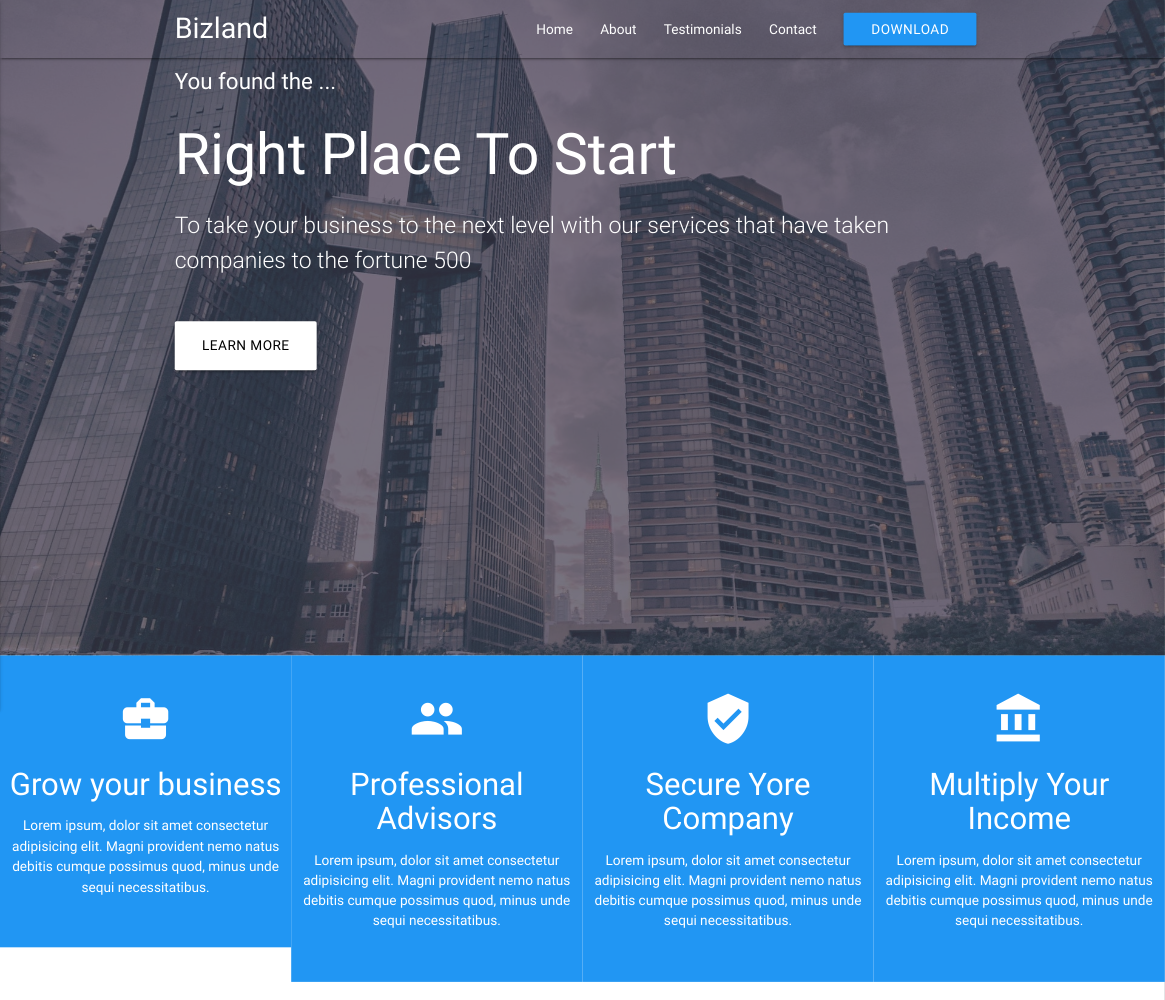
Repository: farrdy/bizland
Page: index.html
These files come from the project's save history. The page is drawn as it stood at one moment and after the next save; the edit follows.
The browser window is 1280 px wide. The pictures show the whole page, at 91% of full size.
Some web libraries are served in a nearby version.

Above is the page before, as saved 2020-01-04 18:48:42.

### index.html
<!DOCTYPE html>
<html>
  <head>
    <!--Import Google Icon Font-->
    <link
      href="https://fonts.googleapis.com/icon?family=Material+Icons"
      rel="stylesheet"
    />
    <!--Import materialize.css-->
    <link
      type="text/css"
      rel="stylesheet"
      href="css/materialize.min.css"
      media="screen,projection"
    />
    <link type="text/css" rel="stylesheet" href="css/main.css" />
    <!--Let browser know website is optimized for mobile-->
    <meta name="viewport" content="width=device-width, initial-scale=1.0" />
    <title>Bizland Theme</title>
  </head>

  <body>
    <header class="main-header">
      <div class="primary-overlay">
        <div class="navbar-fixed">
          <nav class="transparent">
            <div class="container">
              <div class="nav-wrapper">
                <a href="#home" class="brand-logo">Bizland</a>
                <a href="#" class="button-collapse" data-activates="mobile-nav">
                  <i class="material-icons">menu</i>
                </a>
                <ul class=" right hide-on-med-and-down">
                  <li>
                    <a href="#home">Home</a>
                  </li>
                  <li>
                    <a href="#about">About</a>
                  </li>
                  <li>
                    <a href="#testimonials">Testimonials</a>
                  </li>
                  <li>
                    <a href="#contact">Contact</a>
                  </li>
                  <li>
                    <a href="#" class="btn blue">Download</a>
                  </li>
                </ul>
              </div>
            </div>
          </nav>
        </div>
        <ul class="side-nav" id="mobile-nav">
          <h4 class="blue-grey darken-3  center">
            Bizland
          </h4>
          <li>
            <a href="#" class="devider"></a>
          </li>
          <li>
            <a href="#home">Home</a>
          </li>
          <li>
            <a href="#about">About</a>
          </li>
          <li>
            <a href="#testimonials">Testimonials</a>
          </li>
          <li>
            <a href="#contact">Contact</a>
          </li>
        </ul>

        <!-- showcase -->
        <div class="showcase container">
          <div class="row">
            <div class="col s12 main-text">
              <h5>You found the ...</h5>
              <h1>Right Place To Start</h1>
              <p class="flow-text">
                To take your business to the next level with our services that
                have taken companies to the fortune 500
              </p>
              <br />
              <a href="" class="btn btn-large white black-text">Learn More</a>
              <a href="#about" class="white-text"
                ><i class="material-icons medium scroll-icon">
                  arrow_drop_down_circle
                </i></a
              >
            </div>
          </div>
        </div>
      </div>
    </header>
    <section class="section-boxes center">
      <div class="row">
        <div class="col s12 m6 l3 blue white-text box">
          <i class="material-icons medium">business_center</i>
          <h4>Grow your business</h4>
          <p>
            Lorem ipsum, dolor sit amet consectetur adipisicing elit. Magni
            provident nemo natus debitis cumque possimus quod, minus unde sequi
            necessitatibus.
          </p>
        </div>
        <div class="col s12 m6 l3 blue white-text box">
          <i class="material-icons medium">people</i>
          <h4>Professional Advisors</h4>
          <p>
            Lorem ipsum, dolor sit amet consectetur adipisicing elit. Magni
            provident nemo natus debitis cumque possimus quod, minus unde sequi
            necessitatibus.
          </p>
        </div>
        <div class="col s12 m6 l3 blue white-text box">
          <i class="material-icons medium">verified_user</i>
          <h4>Secure Yore Company</h4>
          <p>
            Lorem ipsum, dolor sit amet consectetur adipisicing elit. Magni
            provident nemo natus debitis cumque possimus quod, minus unde sequi
            necessitatibus.
          </p>
        </div>
        <div class="col s12 m6 l3 blue white-text box">
          <i class="material-icons medium">account_balance</i>
          <h4>Multiply Your Income</h4>
          <p>
            Lorem ipsum, dolor sit amet consectetur adipisicing elit. Magni
            provident nemo natus debitis cumque possimus quod, minus unde sequi
            necessitatibus.
          </p>
        </div>
      </div>
    </section>

    <!--Import jQuery before materialize.js-->
    <script
      type="text/javascript"
      src="https://code.jquery.com/jquery-3.2.1.min.js"
    ></script>
    <script type="text/javascript" src="js/materialize.min.js"></script>
    <script>
      $(document).ready(function() {
        $(".button-collapse").sideNav();

        //scrollfire
        const options = [
          {
            selector: ".main-text",
            offset: 0,
            callback: function(el) {
              Materialize.fadeInImage($(el));
            }
          }
        ];

        Materialize.scrollFire(options);
      });
    </script>
  </body>
</html>

### css/main.css
.primary-overlay {
  background: rgba(63, 57, 77, 0.7);
  position: absolute;
  top: 0;
  left: 0;
  width: 100%;
  height: 100%;
  overflow: hidden;
}

.main-header {
  background: url(../img/showcase.jpg);
  background-size: cover;
  background-position: center;
  height: 100vh;
  min-height: 600px;
  color: #fff;
  position: relative;
}

.main-hedare .showcase {
  padding-top: 110px;
}

.scroll-icon {
  position: absolute;
  bottom: 5%;
  left: 47%;
  opacity: 0.5%;
}

.box{
  padding: 40px 10px !important;
}

.box h4 {
padding-bottom: :30px;

}

Loaded but not shown: css/materialize.min.css (library); js/materialize.min.js (library)

After the next save:
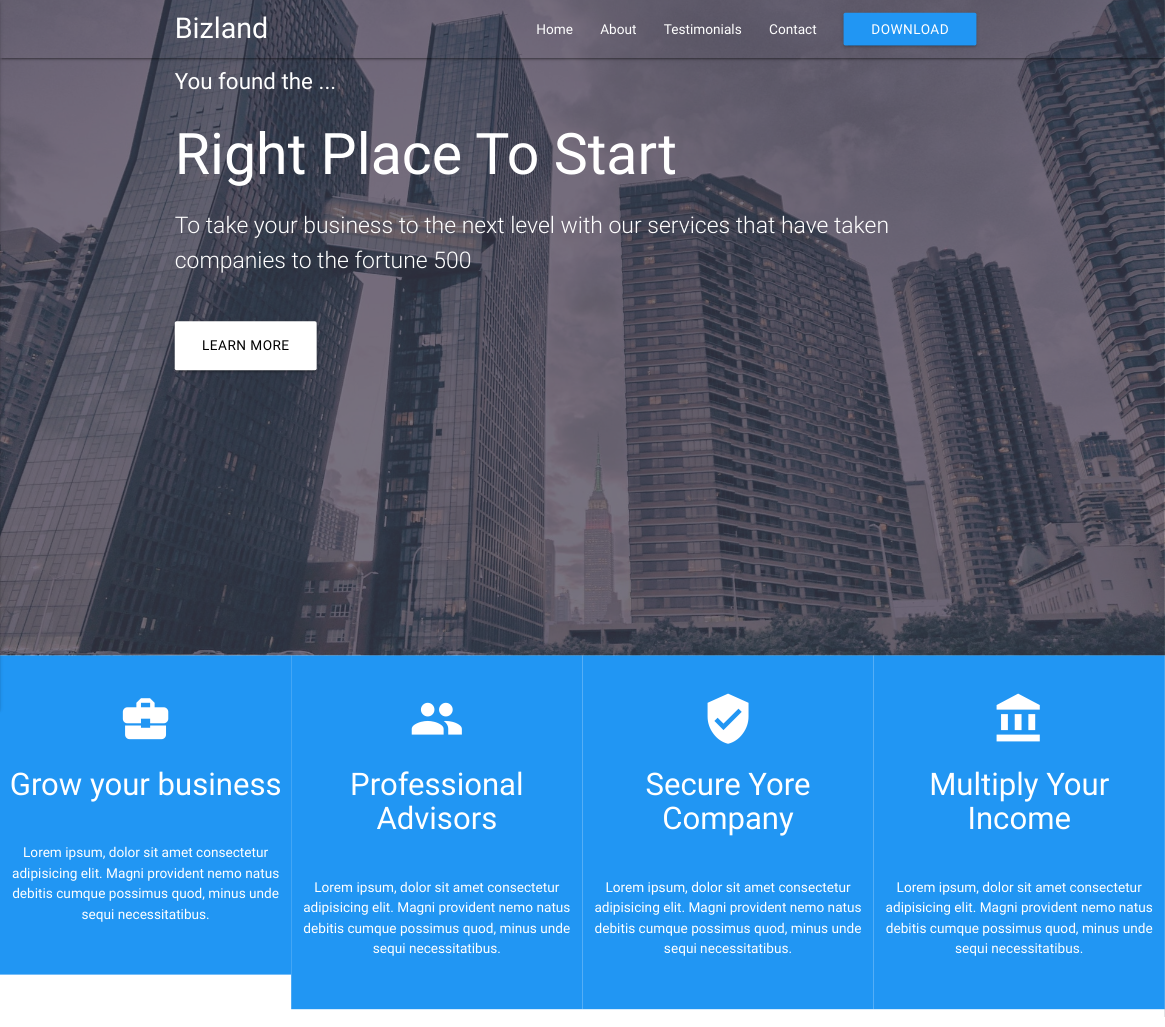
Saved 4 s later.
--- a/css/main.css
+++ b/css/main.css
@@ -29,11 +29,10 @@
   opacity: 0.5%;
 }
 
-.box{
+.box {
   padding: 40px 10px !important;
 }
 
 .box h4 {
-padding-bottom: :30px;
-
+  padding-bottom: 30px;
 }
